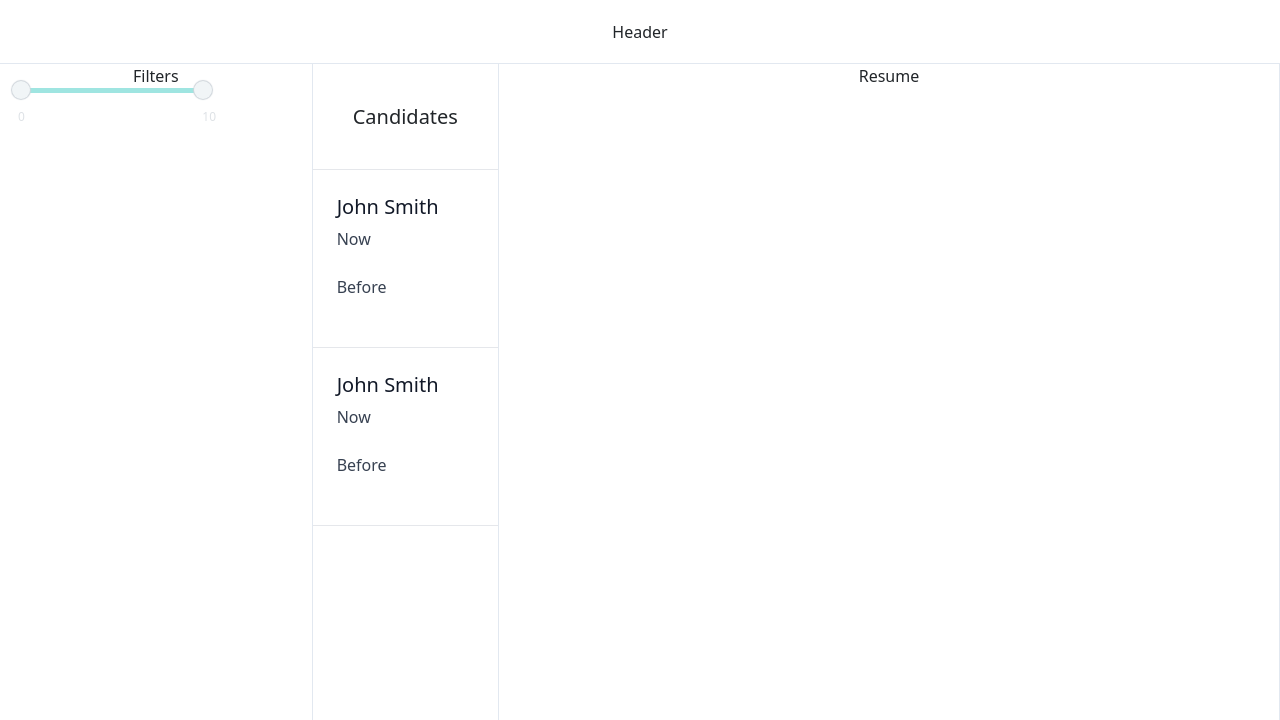
Repository: VictorJPimentel/Resume-Matcher
Page: / (app in frontend/)
The author's editor kept a copy of each file at every save. The page is drawn from the files as they stood at one save, then again after the next save.
The browser window is 1280 px wide. The pictures show the whole page.
The project was rebuilt for these pictures with package versions that can differ from the ones it lists, and the page was loaded fresh each time. Also part of the build but not shown: frontend/src/components/FileUpload.jsx.

Above is the page before, as saved 2022-08-09 21:20:01.

### frontend/src/App.jsx
import axios from "axios";
import React, { useEffect, useState } from "react";
import "./App.css";
import "bootstrap/dist/css/bootstrap.min.css";
import "../node_modules/bootstrap/dist/css/bootstrap.min.css";
import "bootstrap/dist/css/bootstrap.min.css";
import { useDropzone } from "react-dropzone";
import { Routes, Route, useLocation } from "react-router-dom";
import Home from "./pages/Home";

import FileUpload from "./components/FileUpload";

function App() {
  // const [ name, setName ] = useState("")
  // const [home, setHome] = useState("")
  const [keywords, setKey] = useState("");
  const [database, setDatabase] = useState("");

  // useEffect(() => {
  //   axios.get("http://localhost:4000/keywords").then(function (response) {
  //     setKey(response.data);
  //   });
  // });

  // useEffect(() => {
  //   axios.get("http://localhost:4000/database").then(function (response) {
  //     setDatabase(response.data);
  //   });
  // });

  // useEffect(() => {
  //   axios.get("http://localhost:4000/home").then(function(response){
  //     setHome(response.data)
  //   })
  // })

  // async function postName(e) {
  // 	e.preventDefault()
  // 	try {
  // 		await axios.post("http://localhost:4000/post_name", {
  // 			name
  // 		})
  // 	} catch (error) {
  // 		console.error(error)
  // 	}
  // }

  // /* <form onSubmit={postName}>
  //                       <input type="text" value={name} onChange={(e) => setName(e.target.value)} />
  //                       <button type="submit">Send Name</button>
  //                   </form> */

  const [files, setFiles] = useState([]);

  const { getRootProps, getInputProps } = useDropzone({
    accept: "image/*",
  });

  const images = files.map((file) => (
    <div key={file.name}>
      <div>
        <img src={file.preview} style={{ width: "200px" }} alt="preview" />
      </div>
    </div>
  ));

  return (
    <>
      <Routes>
        <Route exact path="/" element={<Home />} />
      </Routes>
    </>
  );
}

export default App;

### frontend/src/pages/Home.jsx
import React, { useState } from "react";

// import Sidebar from "../partials/Sidebar";
import Header from "../components/Header";
import Filter from "../components/Filters";
import Candidates from "../components/Candidates";
import Resume from "../components/Resume";
// import WelcomeBanner from "../partials/dashboard/WelcomeBanner";

function Home() {
  return (
    <div className="flex h-screen overflow-hidden">
      <div className="relative flex flex-col flex-1 overflow-y-auto overflow-x-hidden">
        {/*  Site header */}
        <Header />

        <main className="flex h-screen">
          <Filter />
          <Candidates />
          <Resume />
        </main>
      </div>
    </div>
  );
}

export default Home;

### frontend/src/components/Header.jsx
import React, { useState } from "react";

function Header() {
  return (
    <header className="top-0 bg-white border-b border-slate-200 z-30 w-full h-16">
      <div className="h-16 text-center content-center">Header</div>
    </header>
  );
}

export default Header;

### frontend/src/components/Filters.jsx
import React, { useState, useEffect, useRef } from "react";
import { NavLink, useLocation } from "react-router-dom";
// import MultiRangeSlider from "multi-range-slider-react";
import MultiRangeSlider from "./multiRangeSlider/MultiRangeSlider";

function Filter() {
  const [minValue, set_minValue] = useState(0);
  const [maxValue, set_maxValue] = useState(10);
  const handleInput = (e) => {
    set_minValue(e.minValue);
    set_maxValue(e.maxValue);
  };

  return (
    <div
      className="flex flex-col z-40 left-0 top-0 h-full no-scrollbar w-2/5 border-r border-slate-200
      text-center "
    >
      Filters
      <MultiRangeSlider
        min={0}
        max={10}
        onChange={({ min, max }) => console.log(`min = ${min}, max = ${max}`)}
      />
    </div>
  );
}

export default Filter;

### frontend/src/components/Candidates.jsx
import React, { useState, useEffect, useRef } from "react";

function Candidates() {
  return (
    <div
      className="flex flex-col z-40 left-0 top-0 h-full no-scrollbar w-1/5 border-r border-slate-200
      "
    >
      <div className="border-b text-xl leading-tight font-medium p-10 text-center">
        {" "}
        Candidates
      </div>
      <div class="flex border-b bg-white-100 hover:bg-gray-300">
        <div class="block p-6">
          <h5 class="text-gray-900 text-xl leading-tight font-medium">
            John Smith
          </h5>
          <p class="text-gray-700 text-base mb-4">Now</p>
          <p class="text-gray-700 text-base mb-4">Before</p>
        </div>
      </div>
      <div class="flex  bg-white border-b">
        <div class="block p-6">
          <h5 class="text-gray-900 text-xl leading-tight font-medium">
            John Smith
          </h5>
          <p class="text-gray-700 text-base mb-4">Now</p>
          <p class="text-gray-700 text-base mb-4">Before</p>
        </div>
      </div>
    </div>
  );
}

export default Candidates;

### frontend/src/components/Resume.jsx
import React, { useState, useEffect, useRef } from "react";

function Resume() {
  return (
    <div
      className="flex flex-col z-40 left-0 top-0 h-full no-scrollbar w-full border-r border-slate-200
      text-center "
    >
      Resume
    </div>
  );
}

export default Resume;

### frontend/src/components/multiRangeSlider/MultiRangeSlider.jsx
import React, { useCallback, useEffect, useState, useRef } from "react";
import PropTypes from "prop-types";
import "./multiRangeSlider.css";

const MultiRangeSlider = ({ min, max, onChange }) => {
  const [minVal, setMinVal] = useState(min);
  const [maxVal, setMaxVal] = useState(max);
  const minValRef = useRef(min);
  const maxValRef = useRef(max);
  const range = useRef(null);

  // Convert to percentage
  const getPercent = useCallback(
    (value) => Math.round(((value - min) / (max - min)) * 100),
    [min, max]
  );

  // Set width of the range to decrease from the left side
  useEffect(() => {
    const minPercent = getPercent(minVal);
    const maxPercent = getPercent(maxValRef.current);

    if (range.current) {
      range.current.style.left = `${minPercent}%`;
      range.current.style.width = `${maxPercent - minPercent}%`;
    }
  }, [minVal, getPercent]);

  // Set width of the range to decrease from the right side
  useEffect(() => {
    const minPercent = getPercent(minValRef.current);
    const maxPercent = getPercent(maxVal);

    if (range.current) {
      range.current.style.width = `${maxPercent - minPercent}%`;
    }
  }, [maxVal, getPercent]);

  // Get min and max values when their state changes
  useEffect(() => {
    onChange({ min: minVal, max: maxVal });
  }, [minVal, maxVal, onChange]);

  return (
    <div className="container">
      <input
        type="range"
        min={min}
        max={max}
        value={minVal}
        onChange={(event) => {
          const value = Math.min(Number(event.target.value), maxVal - 1);
          setMinVal(value);
          minValRef.current = value;
        }}
        className="thumb thumb--left"
        style={{ zIndex: minVal > max - 100 && "5" }}
      />
      <input
        type="range"
        min={min}
        max={max}
        value={maxVal}
        onChange={(event) => {
          const value = Math.max(Number(event.target.value), minVal + 1);
          setMaxVal(value);
          maxValRef.current = value;
        }}
        className="thumb thumb--right"
      />

      <div className="slider">
        <div className="slider__track" />
        <div ref={range} className="slider__range" />
        <div className="slider__left-value">{minVal}</div>
        <div className="slider__right-value">{maxVal}</div>
      </div>
    </div>
  );
};

MultiRangeSlider.propTypes = {
  min: PropTypes.number.isRequired,
  max: PropTypes.number.isRequired,
  onChange: PropTypes.func.isRequired,
};

export default MultiRangeSlider;

### frontend/src/components/multiRangeSlider/multiRangeSlider.css
.container {
  display: flex;
}

.slider {
  position: relative;
  width: 200px;
}

.slider__track,
.slider__range,
.slider__left-value,
.slider__right-value {
  position: absolute;
}

.slider__track,
.slider__range {
  border-radius: 3px;
  height: 5px;
}

.slider__track {
  background-color: #ced4da;
  width: 100%;
  z-index: 1;
}

.slider__range {
  background-color: #9fe5e1;
  z-index: 2;
}

.slider__left-value,
.slider__right-value {
  color: #dee2e6;
  font-size: 12px;
  margin-top: 20px;
}

.slider__left-value {
  left: 6px;
}

.slider__right-value {
  right: -4px;
}

/* Removing the default appearance */
.thumb,
.thumb::-webkit-slider-thumb {
  -webkit-appearance: none;
  -webkit-tap-highlight-color: transparent;
}

.thumb {
  pointer-events: none;
  position: absolute;
  height: 0;
  width: 200px;
  outline: none;
}

.thumb--left {
  z-index: 3;
}

.thumb--right {
  z-index: 4;
}

/* For Chrome browsers */
.thumb::-webkit-slider-thumb {
  background-color: #f1f5f7;
  border: none;
  border-radius: 50%;
  box-shadow: 0 0 1px 1px #ced4da;
  cursor: pointer;
  height: 18px;
  width: 18px;
  margin-top: 4px;
  pointer-events: all;
  position: relative;
}

/* For Firefox browsers */
.thumb::-moz-range-thumb {
  background-color: #f1f5f7;
  border: none;
  border-radius: 50%;
  box-shadow: 0 0 1px 1px #ced4da;
  cursor: pointer;
  height: 18px;
  width: 18px;
  margin-top: 4px;
  pointer-events: all;
  position: relative;
}

Loaded but not shown: frontend/public/index.html (common file); frontend/src/index.js (common file); frontend/src/index.css (common file); frontend/src/reportWebVitals.js (common file); frontend/src/App.css (common file); frontend/tailwind.config.js (common file)

After the next save:
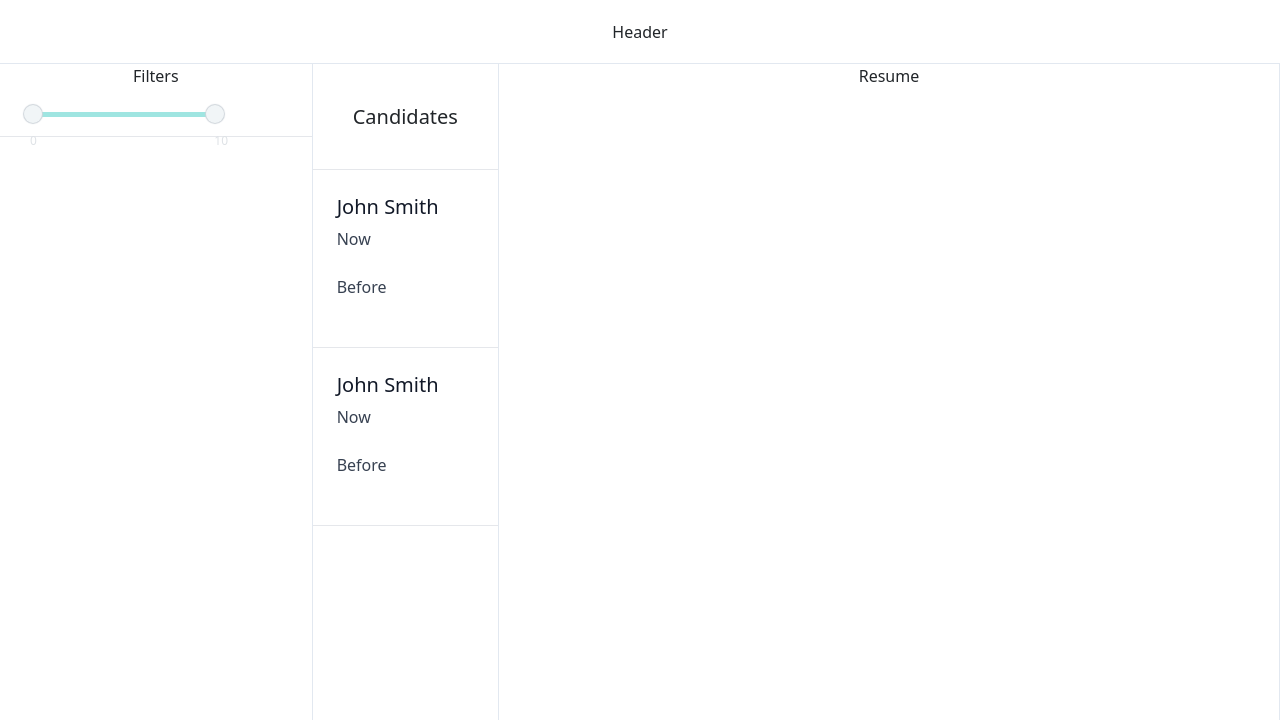
Saved 2 min 8 s later.
--- a/frontend/src/components/multiRangeSlider/MultiRangeSlider.jsx
+++ b/frontend/src/components/multiRangeSlider/MultiRangeSlider.jsx
@@ -42,7 +42,7 @@ const MultiRangeSlider = ({ min, max, onChange }) => {
   }, [minVal, maxVal, onChange]);
 
   return (
-    <div className="container">
+    <div class="flex border-b bg-white-100 hover:bg-gray-300  p-6">
       <input
         type="range"
         min={min}
